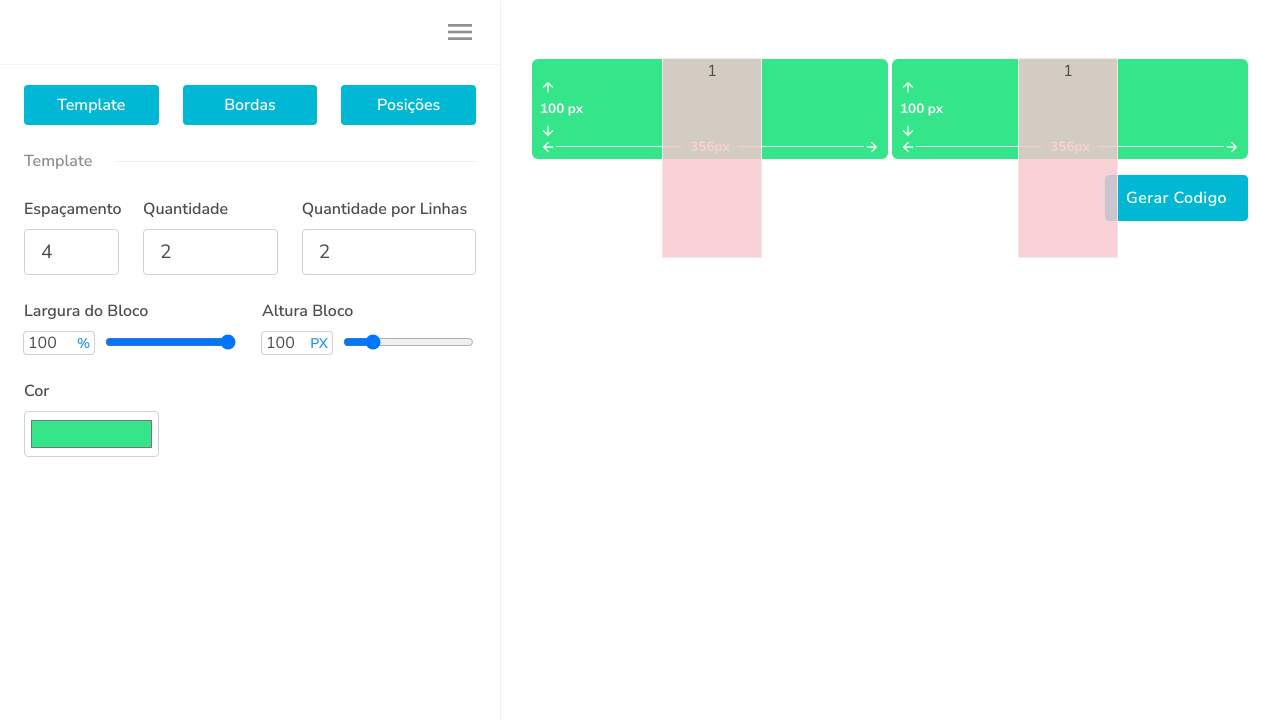
Repository: Flintdl/lowcode-elements
Page: /
An editor plug-in stored every save of this project. The page is shown before and after the next save, followed by the edit.
The browser window is 1280 px wide. The pictures show the whole page.
The project was rebuilt for these pictures with package versions that can differ from the ones it lists, and the page was loaded fresh each time. Also part of the build but not shown: vue.config.js.

Above is the page before, as saved 2022-04-06 14:06:06.

### src/assets/scss/_variables.scss
// Primarys Colors
$standardTextColor: #4d4d4d;

$primaryColor: #8e6dff;
$secondaryColor: #009997;
$buttonDisableColor: #9c9c9c;
$buttonDisableBgColor: #7676764d;

// Menu Colors

$bgMenuColor: #1d1d1d;
$linkMenuColor: #7b8089;
$iconMenuColor: #2a2a2a;
$borderMenuColor: #323232;

// Botão Colors

$btnPrimary: #00b8d4;
$btnPrimaryHover: #0085b0;

// Generics Colors

$whiteColor: #ffffff;
$mutedColor: #8f8f8f;
$cardColor: #f3f4f7;
$cardColorLight: #f9fafc;
$cardColorLightTwo: #f1f5fc;
$greyLight: #d1d1d1;

// Dropdown Colors

$dropdownHeaderColor: #5f5f5f;
$dropdownColor: #ebffff;

// State Colors

$successColor: #3dc661;
$dangerColor: #e7515a;
$warningColor: #e2a03f;
$infoColor: #2196f3;
$defaultColor: #172b4d;
$lightColor: #e0e0e0;

### src/views/HomeView.vue
<template>
  <div>
    <div class="sf-row">
      <div
        id="sf-preview-code-content"
        class="sf-col-12 sf-mx-auto sf-position-relative"
      >
        <div id="sf-preview-code">
          <div class="sf-row">
            <div
              :class="[
                'sf-col-12 sf-text-center sf-display-flex sf-flex-wrap',
                'sf-justify-content-' + checkValue,
              ]"
            >
              <span
                v-bind:key="linha"
                :style="widthProps1"
                class="sf-display-block sf-position-relative"
                v-for="linha of Number(quantidadeLinha)"
              >
                <div :style="widthProps" class="sf-position-absolute">1</div>
              </span>
            </div>
          </div>
          <div
            :style="gapProps"
            :class="[
              'sf-display-flex sf-flex-wrap sf-width-100',
              'sf-justify-content-' + checkValue,
            ]"
          >
            <DivGrid
              v-bind:key="n"
              v-for="n of quantidade"
              :tamanho="String(valor)"
              :altura="String(valorHeight)"
              :cssDefinido="cssProps"
              class="sf-position-relative"
            />
          </div>
        </div>
      </div>
      <div class="sf-col-12 sf-mt-3 sf-display-flex sf-justify-content-end">
        <button class="sf-btn sf-btn-primary" @click="gerarCodigo">
          Gerar Codigo
        </button>
      </div>
    </div>
    <div class="sf-row" v-if="htmlPreviewCode">
      <div class="sf-col-12 sf-mx-auto sf-mt-5 sf-code-content">
        <div class="sf-bg-code sf-p-4 sf-border-radius">
          <code>
            <span class="sf-text-info">Código do Preview</span> <br />
            {{ htmlPreviewCode }}
          </code>
        </div>
      </div>
    </div>
  </div>
</template>

<script>
// @ is an alias to /src

import DivGrid from "@/components/templates/DivGrid.vue";

export default {
  name: "HomeView",
  data: function () {
    return {
      htmlPreviewCode: null,
      gridLinhas: null,
    };
  },
  components: {
    DivGrid,
  },
  props: {
    valor: String,
    inputGap: String,
    quantidade: Number,
    valorHeight: String,
    quantidadeLinha: String,
    inputBorderRadius: String,
    checkValue: String,
    inputColor: String,
    inputBorder: String,
    inputBorderColor: String,
    inputBorderTipo: String,
  },
  computed: {
    cssProps() {
      return {
        width: `calc((${this.valor}% - ${this.inputGap}px * ${
          this.quantidadeLinha - "1"
        }) / ${this.quantidadeLinha})`,
        height: this.valorHeight + "px",
        "border-radius": this.inputBorderRadius + "px",
        "background-color": this.inputColor,
        border:
          this.inputBorder +
          "px" +
          " " +
          this.inputBorderTipo +
          " " +
          this.inputBorderColor,
      };
    },
    gapProps() {
      return {
        gap: this.inputGap + "px",
      };
    },
    widthProps1() {
      return {
        width: `calc((${this.valor}% - ${this.inputGap}px * ${
          this.quantidadeLinha - "1"
        }) / ${this.quantidadeLinha})`,
      };
    },
    widthProps() {
      return {
        height: `calc(${this.valorHeight}px * ${this.quantidadeLinha})`,
        width: "clamp(50px, 50%, 100px)",
        "background-color": "#f7c7cfd1",
        border: "1px solid #f9edefd1",
        transform: "translateX(-50%)",
        "z-index": "500",
        left: "50%",
        top: "0px",
      };
    },
  },
  methods: {
    gerarCodigo() {
      this.htmlPreviewCode =
        document.getElementById("sf-preview-code").innerHTML;
    },
  },
};
</script>

<style>
#sf-grid-template:after {
  content: "";
  width: 100%;
  height: 150%;
  top: -25%;
  background-color: #ff008c0a;
  border: 1px solid rgba(255, 0, 140, 0.103);
  border-left: 2px solid #ff008c38;
  border-right: 2px solid #ff008c38;
  position: absolute;
}
</style>

### src/components/templates/InputGapTemplate.vue
<template>
  <div class="sf-col-3 sf-form-group">
    <label class="sf-label">Espaçamento</label>
    <input
      type="number"
      min="1"
      max="12"
      value="2"
      id="inputGap"
      v-model="valor"
      class="filter-states sf-text-capitalize"
      placeholder="Quantidade de Blocos"
    />
  </div>
</template>

<script>
export default {
  props: {
    valorInput: String,
  },
  computed: {
    valor: {
      get() {
        var inp = this.valorInput;
        return inp;
      },
      set(valorInput) {
        this.$emit("callback", valorInput);
      },
    },
  },
};
</script>

<style></style>

### src/components/templates/InputQuantidadeTemplate.vue
<template>
  <div class="sf-col-4 sf-form-group">
    <label class="sf-label">Quantidade</label>
    <input
      type="number"
      value="1"
      id="inputQuantidade"
      v-model="valor"
      class="filter-states sf-text-capitalize"
      placeholder="Quantidade de Blocos"
    />
  </div>
</template>

<script>
export default {
  props: {
    valorInput: String,
  },
  computed: {
    valor: {
      get() {
        var inp = this.valorInput;
        return inp;
      },
      set(valorInput) {
        this.$emit("callback", valorInput);
      },
    },
  },
};
</script>

<style></style>

### src/components/templates/InputQuantLinhasTemplate.vue
<template>
  <div class="sf-col-5 sf-form-group">
    <label class="sf-label">Quantidade por Linhas</label>
    <input
      type="number"
      min="1"
      max="12"
      value="1"
      id="inputQuantidadeLinha"
      v-model="valor"
      class="filter-states sf-text-capitalize"
      placeholder="Quantidade Linha"
    />
  </div>
</template>

<script>
export default {
  props: {
    valorInput: String,
  },
  computed: {
    valor: {
      get() {
        var inp = this.valorInput;
        return inp;
      },
      set(valorInput) {
        this.$emit("callback", valorInput);
      },
    },
  },
};
</script>

<style></style>

### src/components/templates/InputLarguraBloco.vue
<template>
  <div class="sf-col-6 sf-form-group">
    <label class="sf-label">Largura do Bloco</label>
    <div class="sf-input-group">
      <div
        class="sf-input-group-append sf-display-flex sf-justify-content-center"
      >
        <div
          class="sf-display-flex sf-align-items-center sf-justify-content-center sf-border-left-0 sf-border-radius sf-border-radius-left-0 sf-pr-2 sf-text-info sf-font-weight-bold sf-min-80-px"
        >
          <div class="sf-input-group">
            <input
              type="number"
              value="1"
              min="1"
              max="100"
              v-model="valor"
              class="sf-text-md sf-height-fit-content sf-pr-0 sf-pl-1 sf-border-right-0 sf-border-radius-right-0 sf-text-capitalize"
              placeholder="Curva da Borda"
            />
            <div
              class="sf-input-group-append sf-display-flex sf-justify-content-center"
            >
              <div
                class="sf-display-flex sf-align-items-center sf-border sf-justify-content-center sf-border-left-0 sf-border-radius sf-border-radius-left-0 sf-pr-1 sf-text-info sf-font-weight-bold sf-text-sm"
              >
                %
              </div>
            </div>
          </div>
        </div>
      </div>
      <input
        type="range"
        min="10"
        max="100"
        value="10"
        id="inputRange"
        v-model="valor"
        class="sf-px-0 sf-border-right-0 sf-border-radius-right-0 sf-text-capitalize"
      />
    </div>
  </div>
</template>

<script>
export default {
  props: {
    valorInput: String,
  },
  computed: {
    valor: {
      get() {
        var inp = this.valorInput;
        return inp;
      },
      set(valorInput) {
        this.$emit("callback", valorInput);
      },
    },
  },
};
</script>

<style></style>

### src/components/templates/InputAlturaBloco.vue
<template>
  <div class="sf-col-6 sf-form-group">
    <label class="sf-label">Altura Bloco</label>
    <div class="sf-input-group">
      <div
        class="sf-input-group-append sf-display-flex sf-justify-content-center"
      >
        <div
          class="sf-display-flex sf-align-items-center sf-justify-content-center sf-border-left-0 sf-border-radius sf-border-radius-left-0 sf-pr-2 sf-text-info sf-font-weight-bold sf-min-80-px"
        >
          <div class="sf-input-group">
            <input
              type="number"
              value="1"
              min="1"
              max="500"
              v-model="valor"
              class="sf-text-md sf-height-fit-content sf-pr-0 sf-pl-1 sf-border-right-0 sf-border-radius-right-0 sf-text-capitalize"
              placeholder="Curva da Borda"
            />
            <div
              class="sf-input-group-append sf-display-flex sf-justify-content-center"
            >
              <div
                class="sf-display-flex sf-align-items-center sf-border sf-justify-content-center sf-border-left-0 sf-border-radius sf-border-radius-left-0 sf-pr-1 sf-text-info sf-font-weight-bold sf-text-sm"
              >
                PX
              </div>
            </div>
          </div>
        </div>
      </div>
      <input
        type="range"
        min="10"
        max="500"
        id="valorHeight"
        v-model="valor"
        class="sf-px-0 sf-border-right-0 sf-border-radius-right-0 sf-text-capitalize"
      />
    </div>
  </div>
</template>

<script>
export default {
  props: {
    valorInput: String,
  },
  computed: {
    valor: {
      get() {
        var inp = this.valorInput;
        return inp;
      },
      set(valorInput) {
        this.$emit("callback", valorInput);
      },
    },
  },
};
</script>

<style></style>

### src/components/templates/InputBorderRadiusBloco.vue
<template>
  <div class="sf-col-6 sf-form-group">
    <label class="sf-label">Curva da Borda</label>
    <div class="sf-input-group">
      <div
        class="sf-input-group-append sf-display-flex sf-justify-content-center"
      >
        <div
          class="sf-display-flex sf-align-items-center sf-justify-content-center sf-border-left-0 sf-border-radius sf-border-radius-left-0 sf-pr-2 sf-text-info sf-font-weight-bold sf-min-80-px"
        >
          <div class="sf-input-group">
            <input
              type="number"
              value="1"
              min="1"
              max="50"
              v-model="valor"
              class="sf-text-md sf-height-fit-content sf-pr-0 sf-pl-1 sf-border-right-0 sf-border-radius-right-0 sf-text-capitalize"
              placeholder="Curva da Borda"
            />
            <div
              class="sf-input-group-append sf-display-flex sf-justify-content-center"
            >
              <div
                class="sf-display-flex sf-align-items-center sf-border sf-justify-content-center sf-border-left-0 sf-border-radius sf-border-radius-left-0 sf-pr-1 sf-text-info sf-font-weight-bold sf-text-sm"
              >
                PX
              </div>
            </div>
          </div>
        </div>
      </div>
      <input
        type="range"
        value="1"
        min="1"
        max="50"
        id="inputBorderRadius"
        v-model="valor"
        class="sf-px-0 sf-border-right-0 sf-border-radius-right-0 sf-text-capitalize"
        placeholder="Curva da Borda"
      />
    </div>
  </div>
</template>

<script>
export default {
  props: {
    valorInput: String,
  },
  computed: {
    valor: {
      get() {
        var inp = this.valorInput;
        return inp;
      },
      set(valorInput) {
        this.$emit("callback", valorInput);
      },
    },
  },
};
</script>

<style></style>

### src/components/templates/InputBorderBloco.vue
<template>
  <div class="sf-col-6 sf-form-group">
    <label class="sf-label">Tamanho da Borda</label>
    <div class="sf-input-group">
      <div
        class="sf-input-group-append sf-display-flex sf-justify-content-center"
      >
        <div
          class="sf-display-flex sf-align-items-center sf-justify-content-center sf-border-left-0 sf-border-radius sf-border-radius-left-0 sf-pr-2 sf-text-info sf-font-weight-bold sf-min-80-px"
        >
          <div class="sf-input-group">
            <input
              type="number"
              value="1"
              min="1"
              max="50"
              v-model="valor"
              class="sf-text-md sf-height-fit-content sf-pr-0 sf-pl-1 sf-border-right-0 sf-border-radius-right-0 sf-text-capitalize"
              placeholder="Curva da Borda"
            />
            <div
              class="sf-input-group-append sf-display-flex sf-justify-content-center"
            >
              <div
                class="sf-display-flex sf-align-items-center sf-border sf-justify-content-center sf-border-left-0 sf-border-radius sf-border-radius-left-0 sf-pr-1 sf-text-info sf-font-weight-bold sf-text-sm"
              >
                PX
              </div>
            </div>
          </div>
        </div>
      </div>
      <input
        type="range"
        value="1"
        min="0"
        max="24"
        id="inputBorder"
        v-model="valor"
        class="sf-px-0 sf-border-right-0 sf-border-radius-right-0 sf-text-capitalize"
        placeholder="Curva da Borda"
      />
    </div>
  </div>
</template>

<script>
export default {
  props: {
    valorInput: String,
  },
  computed: {
    valor: {
      get() {
        var inp = this.valorInput;
        return inp;
      },
      set(valorInput) {
        this.$emit("callback", valorInput);
      },
    },
  },
};
</script>

<style></style>

### src/components/templates/InputPosicaoBloco.vue
<template>
  <div class="sf-row">
    <div class="sf-col-12 sf-form-group">
      <span
        class="sf-text-md sf-font-weight-bold sf-text-muted sf-display-flex sf-align-items-center"
      >
        Posições
        <hr class="sf-width-100 sf-ml-4" />
      </span>
    </div>
    <div class="sf-col-auto sf-form-group">
      <input
        id="start"
        type="radio"
        name="positionDivs"
        v-model="valor"
        value="start"
        checked
      />
      <label for="start"> Esquerda</label>
    </div>

    <div class="sf-col-auto sf-form-group">
      <input
        type="radio"
        id="center"
        name="positionDivs"
        v-model="valor"
        value="center"
      />
      <label for="center"> Centro</label>
    </div>

    <div class="sf-col-auto sf-form-group">
      <input
        type="radio"
        id="end"
        name="positionDivs"
        v-model="valor"
        value="end"
      />
      <label for="end"> Final</label>
    </div>
    <div class="sf-col-auto sf-form-group">
      <input
        type="radio"
        id="between"
        name="positionDivs"
        v-model="valor"
        value="between"
      />
      <label for="between"> Laterais</label>
    </div>
    <div class="sf-col-auto sf-form-group">
      <input
        type="radio"
        id="around"
        name="positionDivs"
        v-model="valor"
        value="around"
      />
      <label for="around"> Meio</label>
    </div>
  </div>
</template>

<script>
export default {
  props: {
    valorInput: String,
  },
  computed: {
    valor: {
      get() {
        var inp = this.valorInput;
        return inp;
      },
      set(valorInput) {
        this.$emit("callback", valorInput);
      },
    },
  },
};
</script>

<style></style>

### src/components/templates/InputBorderCorBloco.vue
<template>
  <div class="sf-col sf-form-group">
    <label class="sf-label">Cor</label>
    <input
      type="color"
      id="inputBorderColor"
      v-model="valor"
      class="sf-p-1 sf-text-capitalize"
      placeholder="Quantidade de Blocos"
    />
  </div>
</template>

<script>
export default {
  props: {
    valorInput: String,
  },
  computed: {
    valor: {
      get() {
        var inp = this.valorInput;
        return inp;
      },
      set(valorInput) {
        this.$emit("callback", valorInput);
      },
    },
  },
};
</script>

<style></style>

### src/components/templates/InputBorderTipoBloco.vue
<template>
  <div class="sf-col-10 sf-form-group">
    <label class="sf-label">Tipo de Borda</label>
    <select
      id="inputBorderTipo"
      v-model="control"
      :items="items"
      @change="onSelectType"
      class="sf-text-capitalize"
    >
      <option
        v-bind:key="item.value"
        :value="item.value"
        :disabled="!item.value"
        v-for="item of items"
      >
        {{ item.label }}
      </option>
    </select>
  </div>
</template>

<script>
export default {
  props: {
    valorInput: String,
  },
  data: () => {
    return {
      items: [
        { label: "Solid", value: "solid" },
        { label: "Dashed", value: "dashed" },
      ],
    };
  },
  computed: {
    control: {
      get() {
        return this.valorInput;
      },
      set(valorInput) {
        this.$emit("callback", valorInput);
      },
    },
  },
  methods: {
    onSelectType(event) {
      this.$emit("change", event);
    },
  },
};
</script>

<style></style>

### src/components/templates/DivGrid.vue
<template>
  <div
    class="sf-position-relative sf-overflow-hidden"
    :style="cssDefinido"
    ref="container"
  >
    <div
      class="sf-height-position sf-position-absolute sf-display-flex sf-flex-column sf-px-2"
    >
      <i
        class="mdi mdi-arrow-up sf-text-md sf-text-white sf-dropdown-action"
      ></i>
      <span class="sf-text-white sf-font-weight-extra-bold sf-text-center">
        {{ altura }}
        px
      </span>
      <i
        class="mdi mdi-arrow-down sf-text-md sf-text-white sf-dropdown-action"
      ></i>
    </div>
    <div
      class="sf-width-position sf-width-100 sf-position-absolute sf-display-flex sf-align-items-center sf-px-2"
    >
      <i
        class="mdi mdi-arrow-left sf-text-md sf-text-white sf-dropdown-action"
      ></i>
      <hr class="sf-width-100 sf-mr-2" />
      <span class="sf-text-white sf-font-weight-extra-bold sf-text-center">
        {{ larguraPixel }}px
      </span>
      <hr class="sf-width-100 sf-ml-2" />
      <i
        class="mdi mdi-arrow-right sf-text-md sf-text-white sf-dropdown-action"
      ></i>
    </div>
  </div>
</template>

<script>
export default {
  data() {
    return {
      larguraPixel: null,
    };
  },
  mounted() {
    this.larguraPixel = this.$refs.container?.offsetWidth;
  },

  props: {
    cssDefinido: Object,
    tamanho: String,
    altura: String,
  },
  created() {
    this.$watch("tamanho", () => {
      this.larguraPixel = this.$refs.container?.offsetWidth;
    });
  },
};
</script>

<style lang="scss" scoped>
.sf-height-position,
.sf-width-position {
  font-size: 1.4ch;
}
.sf-height-position {
  transform: translateY(-50%);
  left: 0;
  top: 50%;
}
.sf-width-position {
  transform: translateX(-50%);
  bottom: 0;
  left: 50%;
}
</style>

Loaded but not shown: public/index.html (common file); src/main.js (common file); src/App.vue (common file); src/registerServiceWorker.js (common file); src/router/index.js (common file); src/assets/scss/materialdesignicons.scss (9 lines, source omitted); src/assets/scss/style.scss (4102 lines, source omitted); src/components/Menu/MenuTemplate.vue (297 lines, source omitted); src/assets/scss/menu.scss (402 lines, source omitted); src/assets/scss/standard.scss (381 lines, source omitted)

After the next save:
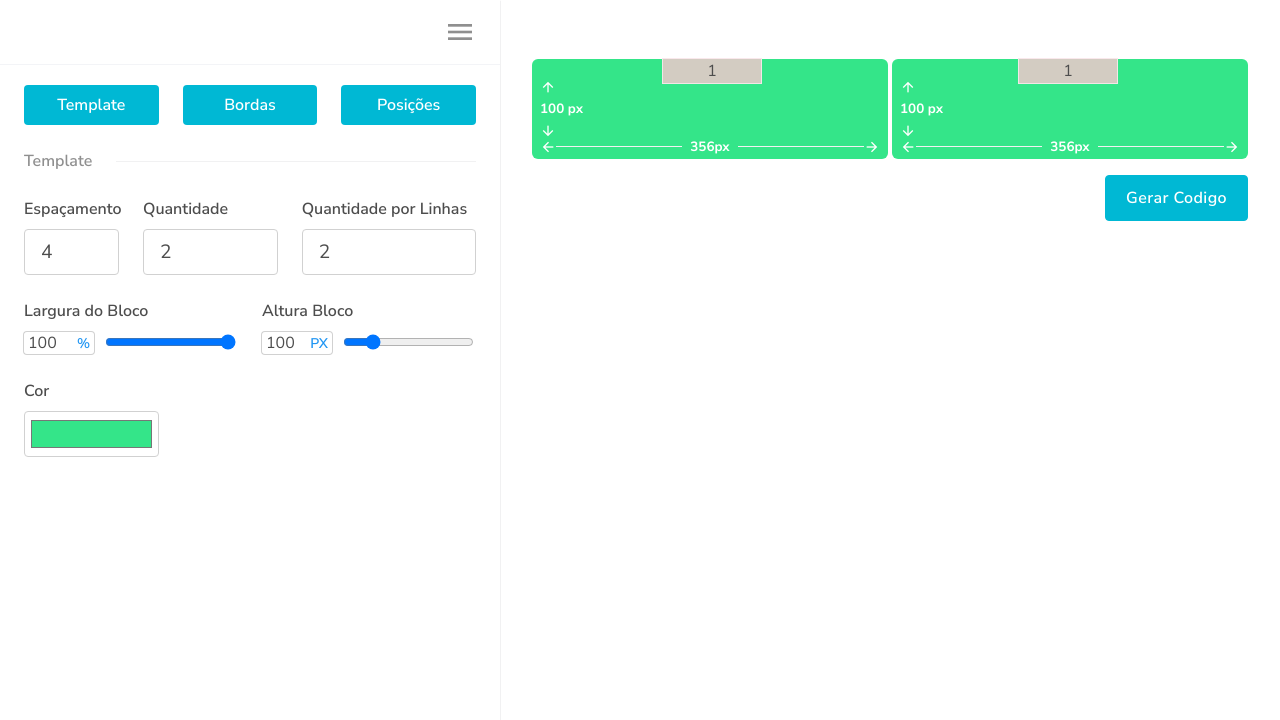
Saved 19 s later.
--- a/src/views/HomeView.vue
+++ b/src/views/HomeView.vue
@@ -121,7 +121,7 @@
     },
     widthProps() {
       return {
-        height: `calc(${this.valorHeight}px * ${this.quantidadeLinha})`,
+        height: `calc(${this.valorHeight}px * ${this.quantidadeLinha}) + ${this.inputGap}px`,
         width: "clamp(50px, 50%, 100px)",
         "background-color": "#f7c7cfd1",
         border: "1px solid #f9edefd1",

After the save that followed:
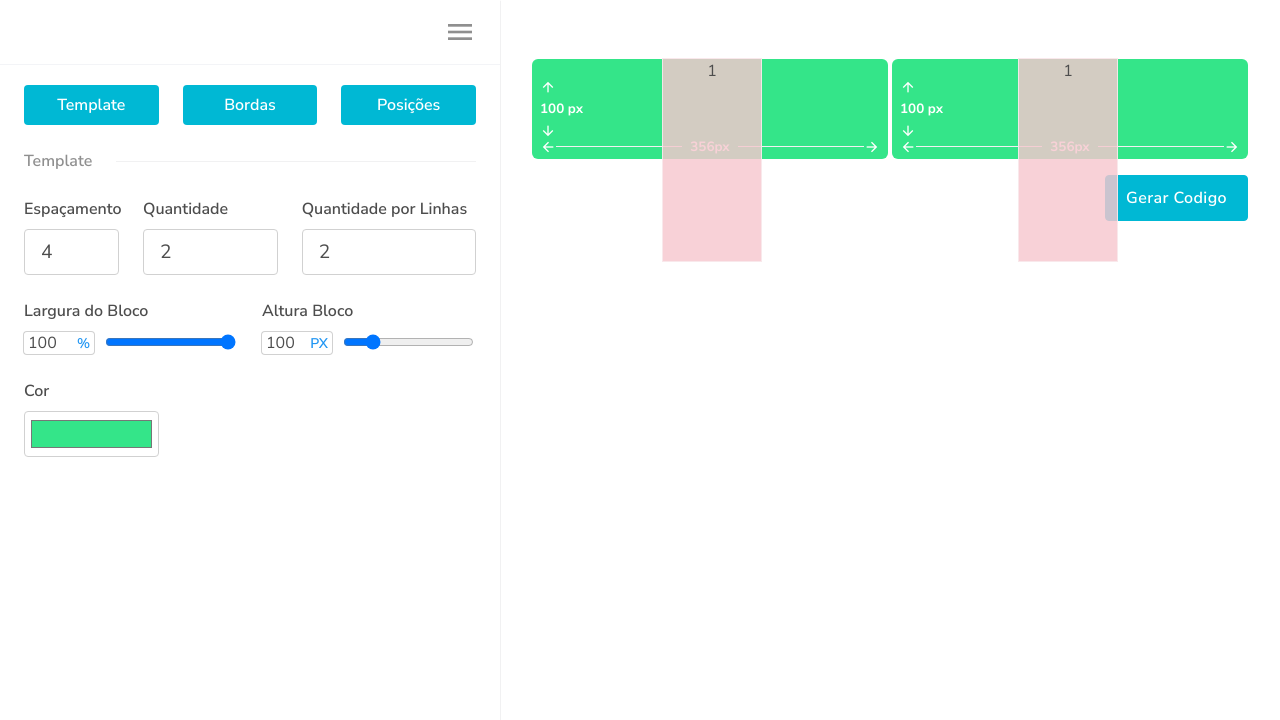
Saved 8 s later.
--- a/src/views/HomeView.vue
+++ b/src/views/HomeView.vue
@@ -121,7 +121,7 @@
     },
     widthProps() {
       return {
-        height: `calc(${this.valorHeight}px * ${this.quantidadeLinha}) + ${this.inputGap}px`,
+        height: `calc(${this.valorHeight}px * ${this.quantidadeLinha} + ${this.inputGap}px)`,
         width: "clamp(50px, 50%, 100px)",
         "background-color": "#f7c7cfd1",
         border: "1px solid #f9edefd1",
